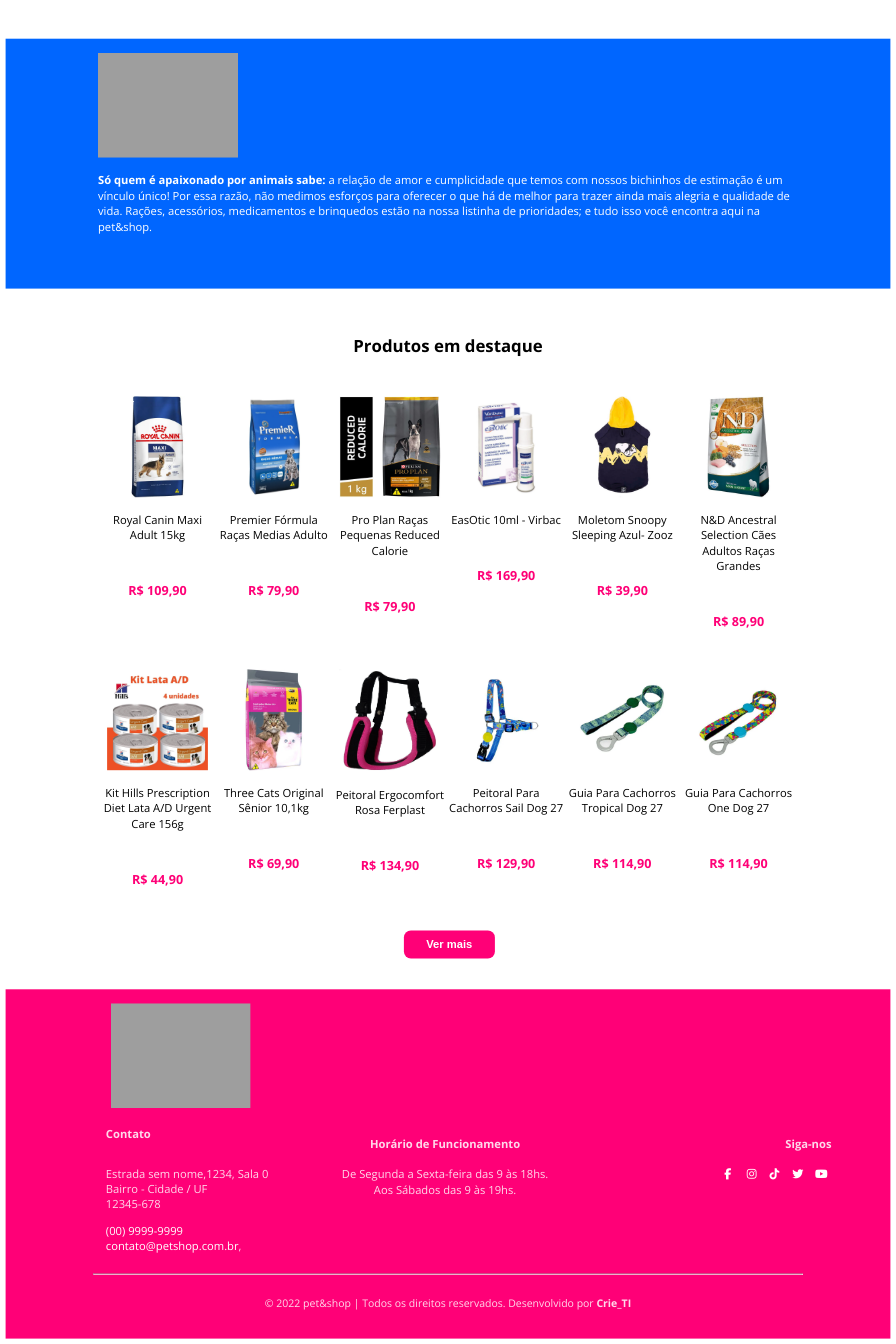
Repository: Iluiscarlos/Projeto-Site-PetShop
Page: Index.html
An editor plug-in stored every save of this project. The page is shown before and after the next save, followed by the edit.
The browser window is 1280 px wide. The pictures show the part of the page from y = 1076 to 2996 px (the page is 2996 px tall before and 2956 px after), at 70% of full size.
Pictures or frames that could not be fetched are drawn as grey boxes. Some web libraries are served in a nearby version.

Above is the page before, as saved 2022-04-25 20:40:54.

### Index.html
<!DOCTYPE html>
<html lang="pt-BR">
<head>
  <meta charset="UTF-8">
  <meta name="viewport" content="width=device-width, initial-scale=1.0">
  <meta http-equiv="X-UA-Compatible" content="ie=edge">
  <title>pet&shop</title>
  <script src="https://kit.fontawesome.com/2c48374459.js" crossorigin="anonymous"></script>
  <link rel="preconnect" href="https://fonts.googleapis.com">
  <link rel="preconnect" href="https://fonts.gstatic.com" crossorigin>
  <link href="https://fonts.googleapis.com/css2?family=Open+Sans:wght@400;500;600;700&display=swap" rel="stylesheet">

<style>

    .banner {
    width: 100%;
    height: 600px;
    margin-top: 40px;
    object-fit: cover;
    }

    header {
      display: flex;
      align-items: center;
      justify-content: space-between;
      padding: 0 20px;
      position: fixed;
      top: 0;
      left: 0;
      right: 0;
      background-color: #ffffff;
      height: 80px;
      box-shadow: 0 5px 1em #cecece;
    }

    .brand-name {
      color: #ff0077;
      margin-right: 20px;
      font-family: 'Open Sans', sans-serif;
    }

    .brand-name a {
      color: inherit;
      text-decoration: none;
      width: 16px;
    }

    .service {
        text-align: center;
    }

    .about-section {
      background-color: #0066ff;
      color: #ffffff;
      font-size: medium;
      font-weight: 100;
      padding-top: 20px;
      padding-bottom: 40px;
      margin-left: auto;
      margin-right: auto;
      text-align:left;
    }

    .font {
      font-family: 'Open Sans', sans-serif;
      font-weight: 100;
      font-size: medium;
    }
    .font-description {
      font-family: 'Open Sans', sans-serif;
      font-weight: 100;
      color: gray;
      text-decoration: none;
    }
    .row {
      margin: -20px;
    }

    .column {
      width: 25%;
      display: inline-block;
      float: left;

      padding: 20px;
      box-sizing: border-box;
    }

    .product-name {
      color: #ff0077;
      text-align: center;
      font-weight: bold;
      font-weight: 700;
      font-family: 'Open Sans', sans-serif
    }

    .container {
      width: 1000px;
      max-width: 100%;
      margin-left: auto;
      margin-right: auto;
    }

    i{
      color:#ff0077;
      font-size: 4rem;
      padding-bottom: 15px;
    }

    .clearfix {
      clear: both;
    }

    .logo{
      width: 200px;
      height: 150px;
      padding-left: 150px;
    }

    .logo-about {
      width: 200px;
      height: 150px;
    }

    .navi {
      color: black;
      padding-right: 80px;
      justify-content: space-between;
      display: inline-block;
    }
    .navi a {
      color: black;
      font-family: 'Open Sans', sans-serif;
      font-weight: 600;
      padding-inline-start: 15px;
      text-decoration: none;
      height: 80px;
    }
    .navi a :visited{
      display: block;
      background-color: #ff0077;
    }

    .navi ::after{
      background-color: #ff0077;
    }

    .products {
      text-align: center;

    }

    .container-products {
      width: 1000px;
      max-width: 100%;
      display: flex;
      box-sizing: border-box;
      padding: 2px;
      margin-left: auto;
      margin-right: auto;
    }

    .column-products {
      width: 20%;
      display: inline-block;
      box-sizing: border-box;
      padding-top: 20px;

    }
    .product1:hover{

      text-decoration: none;
      font-family: 'Open Sans', sans-serif;
      border-style:solid;
      border-color: #858585;
      border-radius:10px;
      border-width: thin;
      opacity: 0.5;
    }
    .product1{
      text-decoration: none;
      font-family: 'Open Sans', sans-serif;
    }

    .products img {
      width: 9rem;
      padding-top: 15px;
    }

    .price {
      color: #ff0077;
      font-weight: bold;
      font-size: large;
      text-align:center;
    }

     .buttom{
      width:130px;
      height:40px;
      font-size: 16px;
      color:#ffffff;
      background-color:#ff0077;
      border-radius:10px;
      margin-left: 45%;
      margin-top: 20px;
      border-style: none;
    }

    #contacts{
      font-family: 'Open Sans', sans-serif;
      font-weight: 100;
      font-size: 16px;
      color: #ffd8ea;
      text-decoration: none;
      margin-left: 5%;
      padding-left: 80px;
    }

    .section-contacts{
      background-color: #ff0077;
      color:#ffd8ea;
      padding-top: 20px;
      padding-bottom: 40px;
      margin-left: auto;
      margin-right: auto;
      text-align:left;
    }

    .column-contacts{
      width: 35%;
      display: inline-block;
      padding: 20px;
      box-sizing: border-box;
      text-decoration: none
    }

    .open-time{
      font-family: 'Open Sans', sans-serif;
      text-align: center;
      display: inline-block;
      font-weight: lighter;
      font-size: 16px;
      color:#ffd8ea;
      float: left;
      margin-left: 38%;
      margin-top: -15%;
    }

    .redes{
      font-family: 'Open Sans', sans-serif;
      font-size: 16px;
      text-align: center;
      display: inline-block;
      color:#ffd8ea;
      float: left;
      margin-left: 80%;
      margin-top: -15%;
    }

    .redes i {
      color:#ffffff;
      font-size: 1rem;
      padding-bottom: 15px;
    }

    .row-rede {
      margin: -10px;
    }

    .column-rede {
      width: 15%;
      display: inline-block;

      padding: 10px;
      box-sizing: border-box;
    }

    .footer{
      text-align: center;

    }



</style>
</head>
<body>
  <section class="font">
    <header>
        <img class="logo" id="home" src="logo-colored.svg"><a href="#banner"></a>
    <nav class="navi">
        <a href="Index.html">Home</a>
        <a href="#about">Sobre</a>
        <a href="products.html">Produtos</a>
        <a href="#service">Serviços</a>
        <a href="About.html">Fale conosco</a>
    </nav>
    </header>
    <section id="home">
        <img class="banner" src="banner.jpg">
    </section>
    <br/>
    <br/>
    <section id="service" class="service">
      <div class="container">
    <h2><strong>Nossos serviços</strong></h2>
    <br/>
      <div class="row">
          <div class="column">
          <i class="fa-solid fa-paw"></i>
          <div class="product-name">Produtos para pet</div>
          <h4 class="font-description">Uma variedade de rações, petiscos, brinquedos e acessórios para atender o seu amiguinho da melhor forma.</h4>
      </div>
      <div class="column">
          <i class="fa-solid fa-shower"></i>
          <div class="product-name">Banho e Tosa</div>
          <h4 class="font-description">Para deixar seu amiguinho com o padrão de beleza que ele merece e muito cheiroso.</h4>
      </div>
      <div class="column">
          <i class="fa-solid fa-syringe"></i>
          <div class="product-name">Centro Médico</div>
          <h4 class="font-description">Atendimento veterinário especializado para garantir a saúde e o bem-estar do seu amigo.</h4>
      </div>
      <div class="column">
          <i class="fa-solid fa-dog"></i>
          <div class="product-name">Creche</div>
          <h4 class="font-description">Traga seu pet para interagir com a nossa equipe e sociabilizar com outros animais e fique tranquilo(a) para suas atividades do dia-a-dia.</h4>
      </div>
      </div>
      <div class="clearfix"></div>
    </section>
    <br/>
    <br/>
    <section class="about-section" id="about">
    <div class="container">
      <img src="logo-white.svg" class="logo-about">
        <p><strong>Só quem é apaixonado por animais sabe:</strong> a relação de amor e cumplicidade que temos com nossos bichinhos de estimação é um vínculo único! Por essa razão, não medimos esforços para oferecer o que há de melhor para trazer ainda mais alegria e qualidade de vida. Rações, acessórios, medicamentos e brinquedos estão na nossa listinha de prioridades; e tudo isso você encontra aqui na pet&shop.</p>
        <br/>
    </section>
    <br/>
    <br/>
    <section class="products" id="products">
      <h2>Produtos em destaque</h2>
      <div class="container-products">
        <br/>
        <div class="column-products">
          <div class="product1">
        <a href="#product1"><img src="product-1.webp"/></a>
        <p>Royal Canin Maxi Adult 15kg</p>
        <br/>
        <p class="price">R$ 109,90</p>
      </div>
      </div>
    <div class="column-products">
      <div class="product1">
      <a href="#product1"><img src="product-2.webp"/></a>
      <p>Premier Fórmula Raças Medias Adulto</p>
      <br/>
      <p class="price">R$ 79,90</p>
    </div>
    </div>
    <div class="column-products">
      <div class="product1">
      <a href="#product1"><img src="product-3.webp"/></a>
      <p>Pro Plan Raças Pequenas Reduced Calorie</p>
      <br/>
      <p class="price">R$ 79,90</p>
    </div>
    </div>
    <div class="column-products">
      <div class="product1">
      <a href="#product1"><img src="product-4.webp"/></a>
      <p>EasOtic 10ml - Virbac</p>
      <br/>
      <p class="price">R$ 169,90</p>
    </div>
    </div>
    <div class="column-products">
      <div class="product1">
      <a href="#product1"><img src="product-5.webp"/></a>
      <p>Moletom Snoopy Sleeping Azul- Zooz</p>
      <br/>
      <p class="price">R$ 39,90</p>
    </div>
    </div>
    <div class="column-products">
      <div class="product1">
      <a href="#product1"><img src="product-6.webp"/></a>
      <p>N&D Ancestral Selection Cães Adultos Raças Grandes</p>
      <br/>
      <p class="price">R$ 89,90</p>
      </div>
    </div>
    </div>
    <div class="container-products">
      <br/>
      <div class="column-products">
        <div class="product1">
      <a href="#product1"><img src="product-7.webp"/></a>
      <p>Kit Hills Prescription Diet Lata A/D Urgent Care 156g</p>
      <br/>
      <p class="price">R$ 44,90</p>
    </div>
    </div>
  <div class="column-products">
    <div class="product1">
      <a href="#product1"><img src="product-8.webp"/></a>
    <p>Three Cats Original Sênior 10,1kg</p>
    <br/>
    <p class="price">R$ 69,90</p>
  </div>
  </div>
  <div class="column-products">
    <div class="product1">
      <a href="#product1"><img src="product-9.webp"/></a>
    <p>Peitoral Ergocomfort Rosa Ferplast</p>
    <br/>
    <p class="price">R$ 134,90</p>
  </div>
  </div>
  <div class="column-products">
    <div class="product1">
      <a href="#product1"><img src="product-10.webp"/></a>
    <p>Peitoral Para Cachorros Sail Dog 27</p>
    <br/>
    <p class="price">R$ 129,90</p>
  </div>
  </div>
  <div class="column-products">
    <div class="product1">
      <a href="#product1"><img src="product-11.webp"/></a>
    <p>Guia Para Cachorros Tropical Dog 27</p>
    <br/>
    <p class="price">R$ 114,90</p>
  </div>
  </div>
  <div class="column-products">
    <div class="product1">
      <a href="#product1"><img src="product-12.webp"/></a>
    <p>Guia Para Cachorros One Dog 27</p>
    <br/>
    <p class="price">R$ 114,90</p>
  </div>
  </div>
  </div>

</section>
  <br/>
  <a href="products.html" style="text-decoration: none;"><button class="buttom"><b> Ver mais</b></button></a>
  <br/>
  <br/>
  <br/>
    <section class="section-contacts">
      <img src="logo-white.svg" class="logo-about" style="padding-left: 150px;">
    <section id="contacts" class="container">
      <address>
        <h4 style="font-style:normal; padding-bottom: 12px;"><b>Contato</b></h4>
        <p style="font-style: normal;";>Estrada sem nome,1234, Sala 0 <br/>
          Bairro - Cidade / UF <br/>
          12345-678</p>
      </address>
      <a href="tel:+550099999999" style="color:#ffffff; text-decoration: none;">(00) 9999-9999</a></br>
      <a href="mailto:contato@petshop.com.br" style="color:#ffffff; text-decoration: none;">contato@petshop.com.br</a>,
    </section>
      <div class="open-time">

        <h4 style="text-align: var(contato);">Horário de Funcionamento</h4>
        <p>De Segunda a Sexta-feira das 9 às 18hs.</br>
        Aos Sábados das 9 às 19hs.</p>
      </div>
      <section class="redes">
        <h4 style="text-align: end;">Siga-nos</h4>
        <div class="row-rede">
          <div class="column-rede">
          <i class="fa-brands fa-facebook-f"></i>
        </div>
        <div class="column-rede">
          <i class="fa-brands fa-instagram"></i>
        </div>
        <div class="column-rede">
          <i class="fa-brands fa-tiktok"></i>
        </div>
        <div class="column-rede">
          <i class="fa-brands fa-twitter"></i>
        </div>
        <div class="column-rede">
          <i class="fa-brands fa-youtube"></i>
        </div>
        </div>
      </section>
      <br/>
      <hr style="font-size: smaller;" width="80%";>
      <br/>
      <footer class="footer">
        <span style="font-size: 15px;">© 2022 pet&shop | Todos os direitos reservados. Desenvolvido por <b>Crie_TI</b></span>
      </footer>
    </section>
</body>
</html>

After the next save:
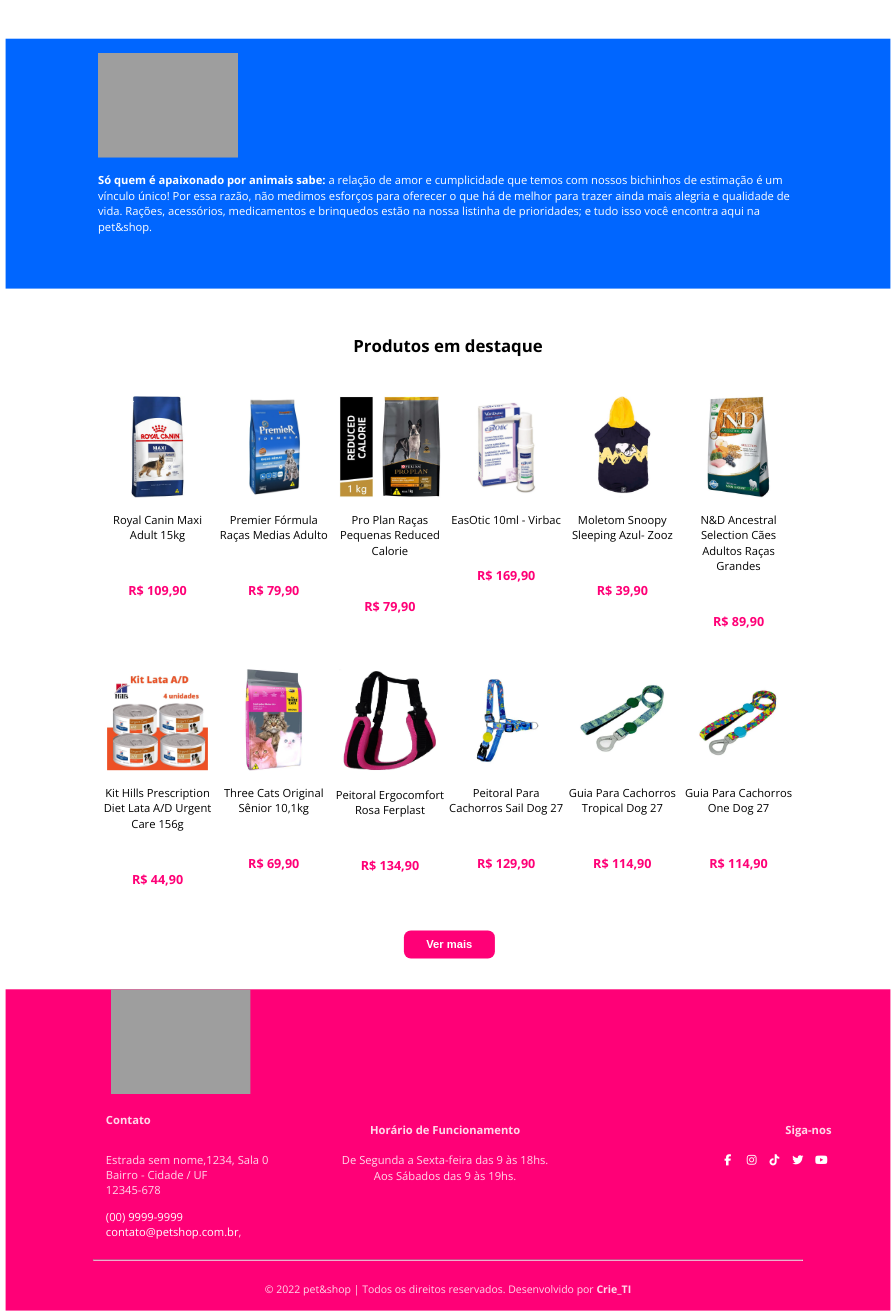
Saved 15 s later.
--- a/Index.html
+++ b/Index.html
@@ -218,8 +218,7 @@
     .section-contacts{
       background-color: #ff0077;
       color:#ffd8ea;
-      padding-top: 20px;
-      padding-bottom: 40px;
+      padding-bottom: 20px;
       margin-left: auto;
       margin-right: auto;
       text-align:left;
